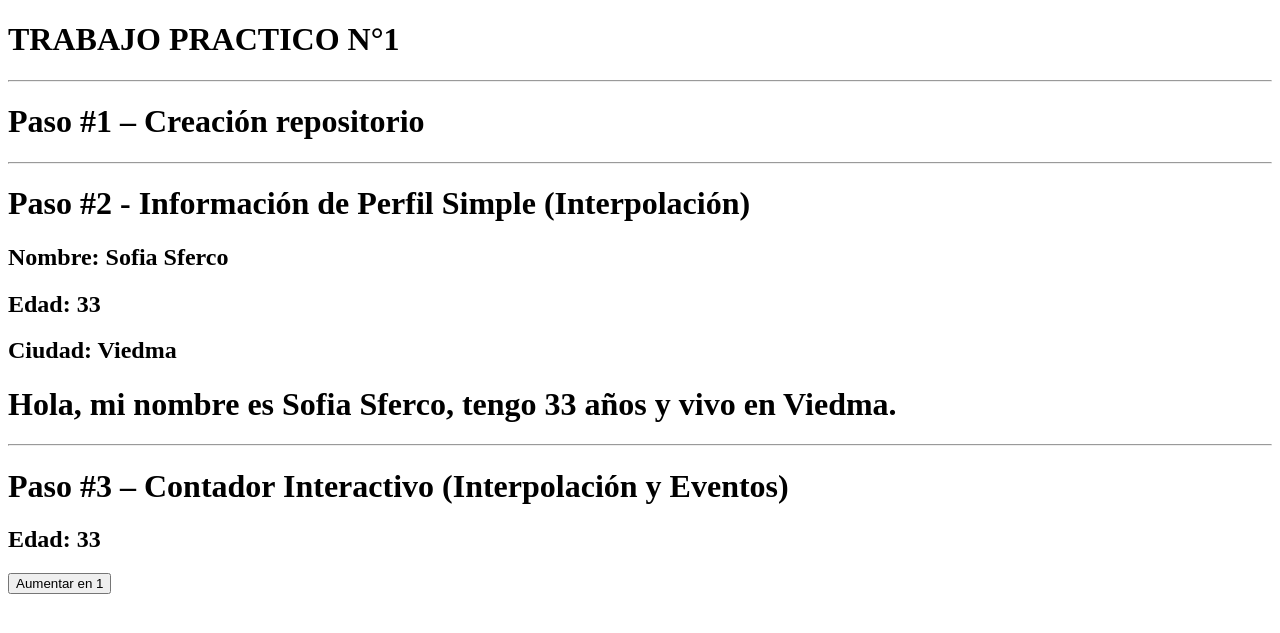
Repository: SofiaSferco/PWA-2026
Page: practico01/index.html
An editor plug-in stored every save of this project. The page is shown before and after the next save, followed by the edit.
The browser window is 1280 px wide. The pictures show the whole page.

Above is the page before, as saved 2026-09-10 00:43:20.

After the next save:
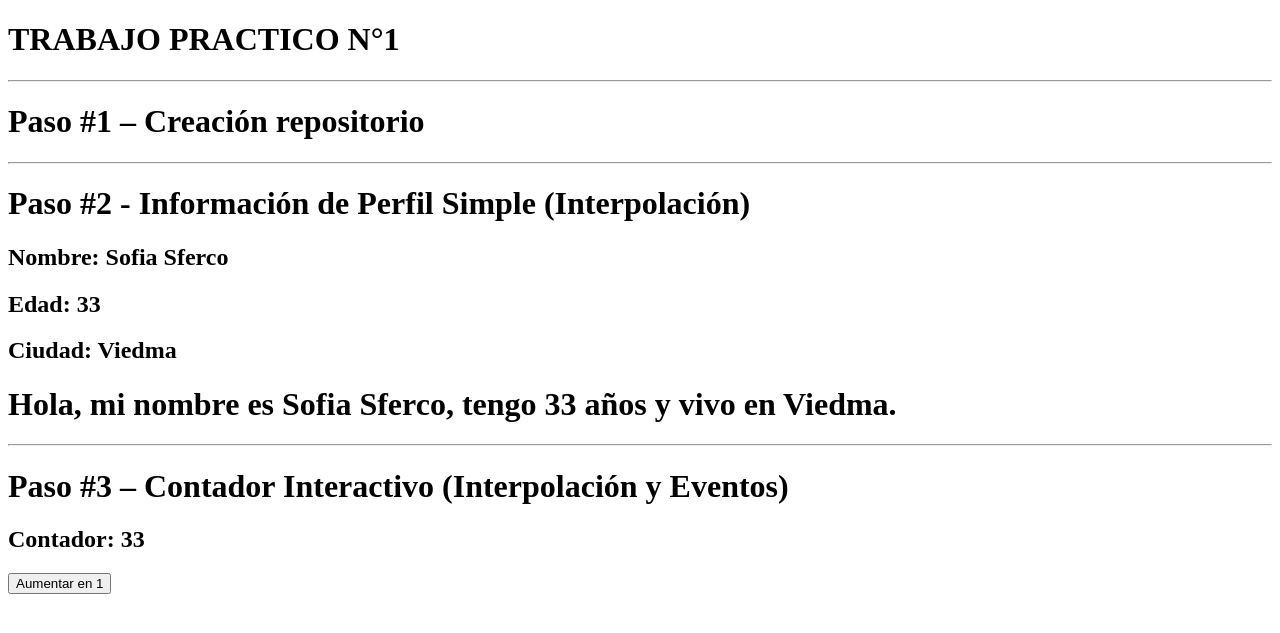
Saved 6 s later.
--- a/practico01/index.html
+++ b/practico01/index.html
@@ -20,7 +20,7 @@
         <h1>Hola, mi nombre es {{nombre}}, tengo {{edad}} años y vivo en {{ciudad}}.</h1>
         <hr>
         <h1>Paso #3 – Contador Interactivo (Interpolación y Eventos)</h1>
-        <h2>Edad: {{edad}}</h2>
+        <h2>Contador: {{edad}}</h2>
         <button v-on:click="aumentar">Aumentar en 1</button>
     </div>
     <script>
